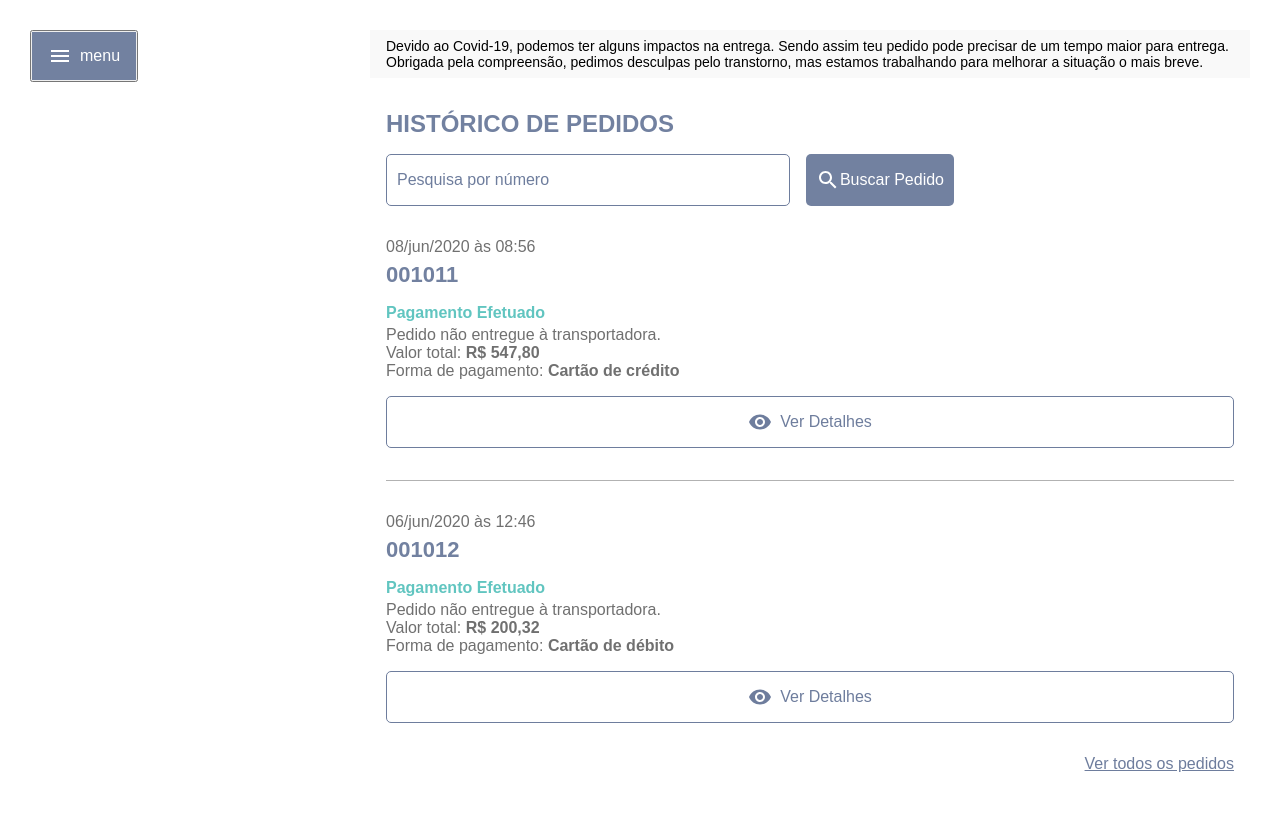
Repository: indiamarasiqueira/gestao-produto
Page: /
The author's editor kept a copy of each file at every save. The page is drawn from the files as they stood at one save, then again after the next save.
The browser window is 1280 px wide. The pictures show the whole page.
The project was rebuilt for these pictures with package versions that can differ from the ones it lists, and the page was loaded fresh each time. Also part of the build but not shown: src/pages/generic/style.js, src/pages/generic/index.js, src/components/ModalMenu/index.js.

Above is the page before, as saved 2020-07-07 11:03:17.

After the next save:
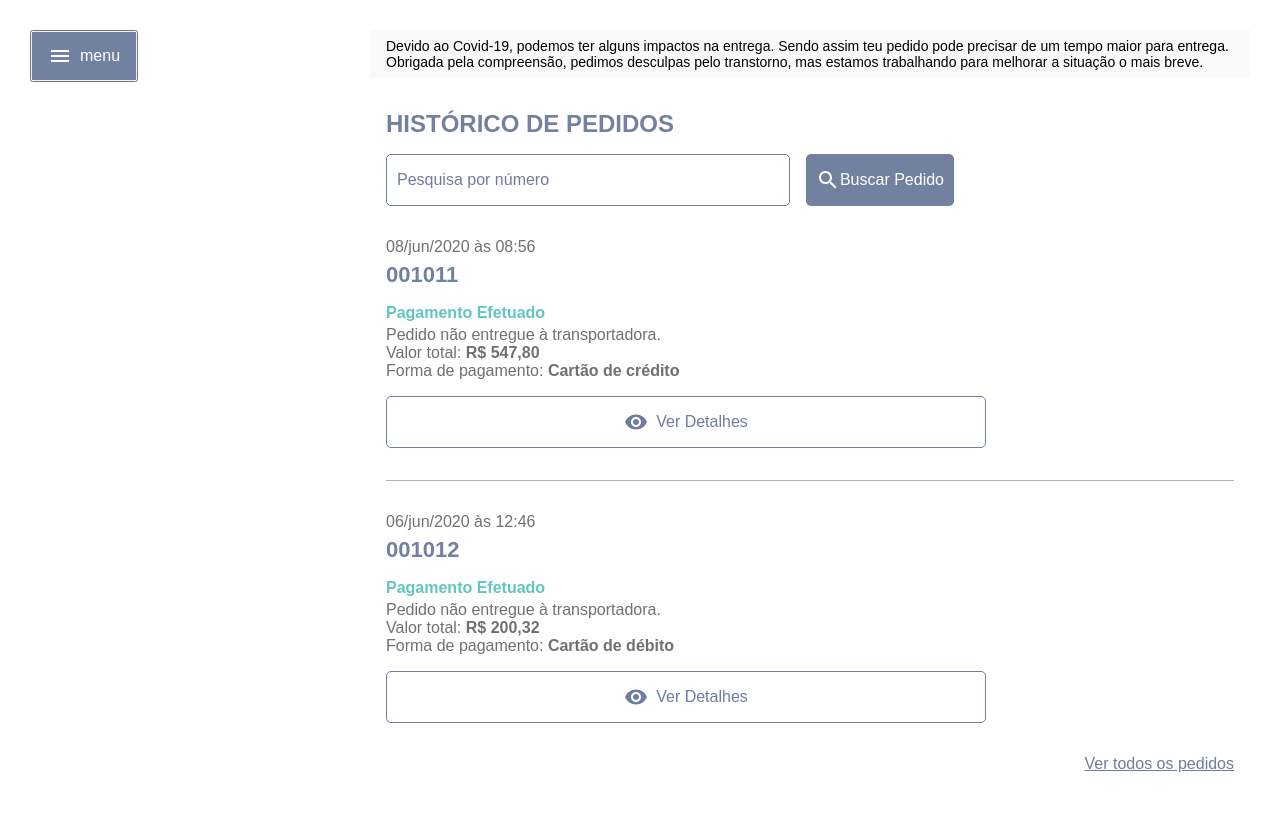
Saved 7 s later.
--- a/src/components/Order/style.js
+++ b/src/components/Order/style.js
@@ -27,7 +27,7 @@ export const OrderId = styled.p`
   font-weight: bold;
 `;
 export const OrderBox = styled.div`
-  min-width: 800px;
+  max-width: 600px;
 `;
 export const OrderInfo = styled.div`
   flex: 1;
